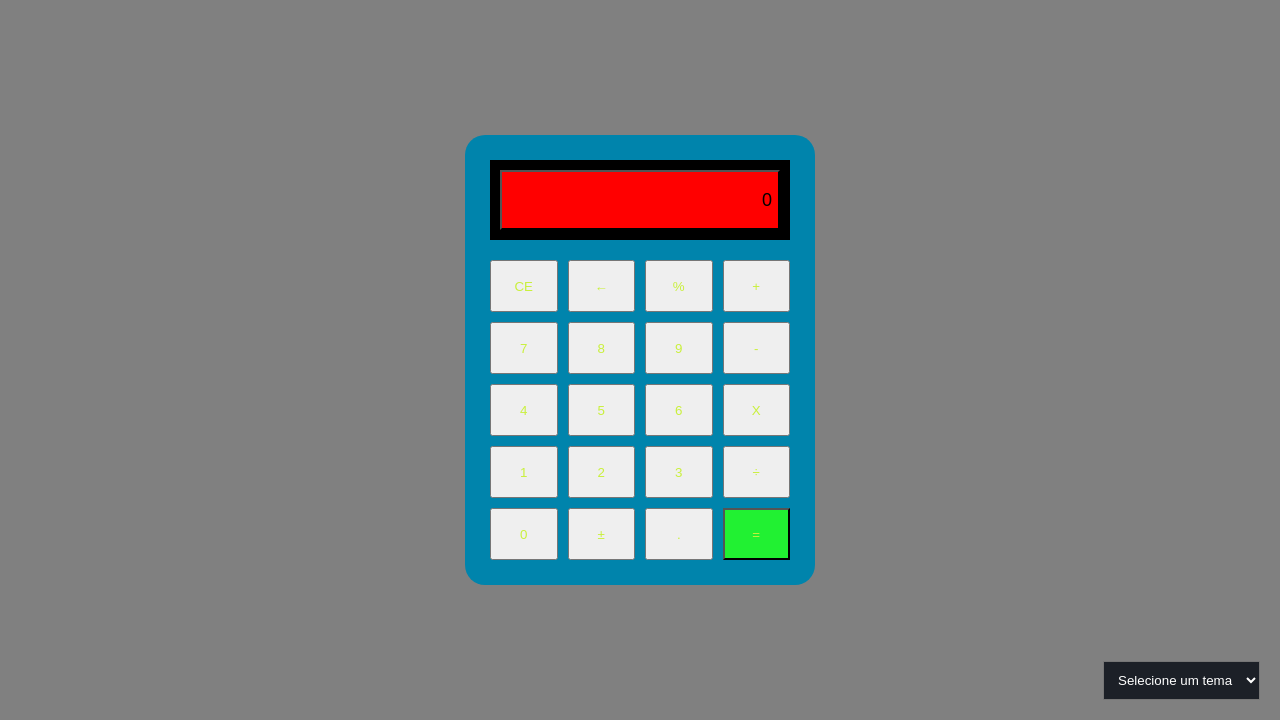
Repository: thislucasme/changing-theme-color-html-css-js
Page: index.html
The author's editor kept a copy of each file at every save. The page is drawn from the files as they stood at one save, then again after the next save.
The browser window is 1280 px wide. The pictures show the whole page.

Above is the page before, as saved 2022-06-29 16:40:52.

### index.html
<!DOCTYPE html>
<html lang="pt_BR">

<head>
    <meta charset="UTF-8">
    <meta http-equiv="X-UA-Compatible" content="IE=edge">
    <meta name="viewport" content="width=device-width, initial-scale=1.0">
    <title>Atividade 22 - Calculadora Javascript</title>
    <link href="css/estilo.css" rel="stylesheet"/>
</head>

<body>
    <div class="calculadora">
        <div class="painel" >
            <div class="operacao" ></div>
            <div class="resultado"></div>
            <button id="resultado"  name="resultado">0</button>
        </div>

        <div class="botoes">
            <button class="botao" id="apagar" onclick="limpar(0)">CE</button>
            <button class="botao" id="apagar" onclick="apagarUltimo()">&#8592;</button>
            <button class="botao" id="porcentagem" onclick="porcentagem()">%</button>
            <button class="botao" id="soma" onclick="verificarSinal('+')">+</button>
            <button class="botao" id="sete" onclick="pegarNumero(7)">7</button>
            <button class="botao" id="oito" onclick="pegarNumero(8)">8</button>
            <button class="botao" id="nove" onclick="pegarNumero(9)">9</button>
            <button class="botao" id="subtrair" onclick="verificarSinal('-')">-</button>
            <button class="botao" id="quatro" onclick="pegarNumero(4)">4</button>
            <button class="botao" id="cinco" onclick="pegarNumero(5)">5</button>
            <button class="botao" id="seis" onclick="pegarNumero(6)">6</button>
            <button class="botao" id="multiplicar" onclick="verificarSinal('x')">X</button>
            <button class="botao" id="um" onclick="pegarNumero(1)">1</button>
            <button class="botao" id="dois" onclick="pegarNumero(2)">2</button>
            <button class="botao" id="3" onclick="pegarNumero(3)">3</button>
            <button class="botao" id="dividir" onclick="verificarSinal('/')">&#247;</button>
            <button class="botao" id="0" onclick="pegarNumero(0)">0</button>
            <button class="botao" id="mais/menos" onclick="mudarSinal()">&#177;</button>
            <button class="botao" id="virgula" onclick="colocarPonto()">.</button>
            <button class="botao" id="igual" onclick="darResultado()">=</button>
        </div>
    </div>
    <select name="tema" id="tema" >
        <option value="tema-padrao">Selecione um tema</option>
        <option value="tema-1">Tema 1</option>
        <option value="tema-2">Tema 2</option>
        <option value="tema-3">Tema 3</option>
        <option value="tema-4">Tema 4</option>
        <option value="tema-5">Tema 5</option>
    </select>
</body>

<script src="js/script.js" ></script>

</html>

### css/estilo.css
body {
    background-color: grey;
}

html {
    margin: 0;
    padding: 0;
    height: 100vh;
    display: flex;
    justify-content: center;
    align-items: center;
}

.tema-padrao {
    --color-secondary: #0084ac;
    --font-color: #c9f03c;
    --visor-color: #000000;
    --visor-interno-color: #9b0e6c;
    --cor-botao-igual: rgb(33, 241, 50);
}

.tema-1 {
    --color-secondary: #fbfbfe;
    --font-color: #c70909;
    --visor-color: #000000;
    --visor-interno-color: #696969;
    --cor-botao-igual: rgb(210, 241, 33);
}

.theme-dark {
    --color-secondary: #243133;
    --font-color: #ffffff;
    --visor-color: #000000;
    --visor-interno-color: #575107;
    --cor-botao-igual: rgb(238, 61, 61);
}

.calculadora {
    width: 300px;
    height: 400px;
    background-color: var(--color-secondary);
    border-radius: 20px;
    padding: 25px;
    display: flex;
    flex-direction: column;

}

#igual {
    background-color: var(--cor-botao-igual);
}

.botao {
    color: var(--font-color);
}


.painel {
    height: 80px;
    width: 100%;
    background-color: var(--visor-color);
    margin-bottom: 20px;
    font-family: 'LCDMono2 Bold', monospace;
    color: rgba(0, 0, 0, 0.6);
    text-shadow: 4px 4px 3px rgb(0 0 0 / 30%);
    padding: 10px;
    box-sizing: border-box;
    text-align: right;
}

#resultado {
    background-color: red;
    height: 60px;
    width: 100%;
    text-align: right;
    font-size: 18px;
}

.botoes {

    display: grid;
    grid-template-columns: repeat(4, 1fr);
    grid-template-rows: repeat(5, 1fr);
    gap: 10px;
    flex: 1;
}

.botoes a {

    background-color: #666;
    text-decoration: none;
    color: black;
    text-align: center;
    font-size: 1.5em;
    display: flex;
    justify-content: center;
    align-items: center;
}

.btn-igual {
    grid-row-start: 4;
    grid-row-end: 6;
    grid-column-start: 4;

}

.btn-c {
    grid-column-start: 1;
    grid-column-end: 3;
}

.btn-0 {
    grid-column-start: 1;
    grid-column-end: 3;
}

#tema {
    background-color: rgb(28, 32, 39);
    color: white;
    padding: 10px;
    position: fixed;
    bottom: 20px;
    right: 20px;
}

#tema>option:hover {
    box-shadow: 0 0 10px 100px #a86218 inset;

}



@font-face {
    font-family: 'LCDMono2 Bold';
    font-style: normal;
    font-weight: normal;
    src: local('LCDMono2 Bold'), url('../fonts/LCDM2B__.woff') format('woff');
}

### js/script.js
const nmrTela = document.getElementById("resultado")
var valoresEspaco = '';
var valores = []
window.addEventListener("keydown", teclado);



function pegarNumero(numero) {
    if (nmrTela.innerHTML == "0") {
        nmrTela.innerHTML = numero
    }
    else {
        nmrTela.innerHTML += `${numero}`
    }
}

function verificarSinal(sinal) {
    if (valores.length <= 1) {
        valoresEspaco = nmrTela.innerHTML.split(' ')
        valores.push(parseFloat(nmrTela.innerHTML))
        nmrTela.innerHTML += ` ${sinal} `
        valores.push(sinal)
    }
}

function porcentagem() {
    var caracteres = nmrTela.innerHTML.split(' ')
    console.log(caracteres.length, caracteres)
    if (caracteres.length == 3) {
        var valorPorCento = parseFloat(caracteres[2]) / 100
        var caracteresValor2 = caracteres[2].split('')
        if (caracteresValor2.length != 0) {
            if (caracteresValor2[caracteresValor2.length - 1] != "%") {
                nmrTela.innerHTML += '%'
            }
            valores.push(valorPorCento)
        }
    }
}

function colocarPonto() {
    var caracteresDaConta = []
    var caracteresValor1 = []
    var caracteresValor2 = []
    caracteresDaConta.push(nmrTela.innerHTML.trim().split(' '))//separa entre valor 1, operação e valor2
    caracteresValor1.push(caracteresDaConta[0][0].split(''))//separa cada caractere do valor 1

    if (caracteresDaConta[0].length == 3) {
        caracteresValor2.push(caracteresDaConta[0][2].split(''))//se exister 3 posições, separa cada caractere do valor 2
        verificarSeExistePonto(caracteresValor2)
    }

    verificarSeExistePonto(caracteresValor1)

    function verificarSeExistePonto(caracteresValor) {
        for (let i in caracteresValor[0]) {
            if (caracteresValor[0][i] == '.') {
                var acumuladora = '.'
            }
        }

        if (!(acumuladora == '.')) {
            nmrTela.innerHTML += '.'
        }
    }
}

function mudarSinal() {
    const caracteresDaConta = nmrTela.innerHTML.trim().split(' ')
    let caracteresValor1 = caracteresDaConta[0].split('')
    let valor1 = ''
    let valor2 = ''

    if (caracteresDaConta.length == 3) {
        var caracteresValor2 = caracteresDaConta[2].split('')

        if (caracteresValor2[0] == '-') {
            caracteresValor2.shift()
            imprimirValor(caracteresValor2, valor2, caracteresDaConta)
        }
        else {
            caracteresValor2.unshift('-')
            imprimirValor(caracteresValor2, valor2, caracteresDaConta);
        }
    }

    if (valores.length == 0) {
        if (caracteresValor1[0] == "-") {
            caracteresValor1.shift()
            imprimirValor(caracteresValor1, valor1)
        }
        else {
            caracteresValor1.unshift('-')
            imprimirValor(caracteresValor1, valor1)
        }
    }

    function imprimirValor(caracteresValor, valorNumero, caracteresConta) {
        caracteresValor.forEach(valor => {
            valorNumero += valor;
        })
        if (caracteresConta != undefined) {
            nmrTela.innerHTML = `${caracteresConta[0]} ${caracteresConta[1]} ${valorNumero}`
        }
        else {
            nmrTela.innerHTML = valorNumero
        }
    }
}

function darResultado() {
    var resultado = 0
    var operacao = valores[1]
    if (operacao == '-') {
        tratarResultado('-')
    }
    else if (operacao == '+') {
        tratarResultado('+')
    }
    else if (operacao == 'x') {
        tratarResultado('*')
    }
    else if (operacao == '/') {
        tratarResultado('/')
    }
    valores.splice(0, 3)

    function tratarResultado(operacao) {
        valoresEspaco = nmrTela.innerHTML.split(' ')
        valores.push(valoresEspaco[2])
        switch (operacao) {
            case '-':
                resultado = parseFloat(valores[0]) - parseFloat(valores[2])
                limpar(resultado)
                break;
            case '+':
                resultado = parseFloat(valores[0]) + parseFloat(valores[2])
                limpar(resultado)
                break;
            case '*':
                resultado = parseFloat(valores[0]) * parseFloat(valores[2])
                limpar(resultado)
                break;
            case '/':
                resultado = parseFloat(valores[0]) / parseFloat(valores[2])
                limpar(resultado)
                break;
        }
    }
}

function limpar(valor) {
    valores.splice(0, 3)
    nmrTela.innerHTML = valor
}

function apagarUltimo() {
    var caracteres = nmrTela.innerHTML.trim().split('')
    var arrayCaracteresTela = ""
    caracteres.pop()
    for (let i in caracteres) { arrayCaracteresTela += caracteres[i] }
    if ((arrayCaracteresTela == []) || (arrayCaracteresTela == '-')) {
        nmrTela.innerHTML = 0
    }
    else {
        nmrTela.innerHTML = arrayCaracteresTela
    }

    if (caracteres.length == 0) {
        valores.pop()
        valores.pop()
    }
}

function teclado() {
    const numbers = '0123456789'
    const operadores = '+-/x'
    var tecla = event.key
    if (numbers.includes(tecla)) {
        pegarNumero(tecla)
    }
    else if (operadores.includes(tecla)) {
        verificarSinal(tecla)
    }
    else switch (tecla) {
        case '*':
            verificarSinal('x')
            break;
        case '%':
            porcentagem()
            break;
        case '.':
        case ',':
            colocarPonto();
            break;
        case '=':
        case 'Enter':
            darResultado();
            break;
        case 'Backspace':
            apagarUltimo()
            break;
        case 'Escape':
            limpar(0);
            break;
    }
}

const options = document.getElementById("tema");

//definir o tema padrão
document.documentElement.className = "tema-padrao";

options.addEventListener("change", function () {
    if (options.value) {
        if (options.value === "tema-1") {
            document.documentElement.className = options.value;
        }
        if (options.value === "tema-2") {
            document.documentElement.className = options.value;
        }
        if (options.value === "tema-3") {
            console.log("tema 3")
        }
        if (options.value === "tema-4") {
            console.log("tema 4")
        }
    }
});

After the next save:
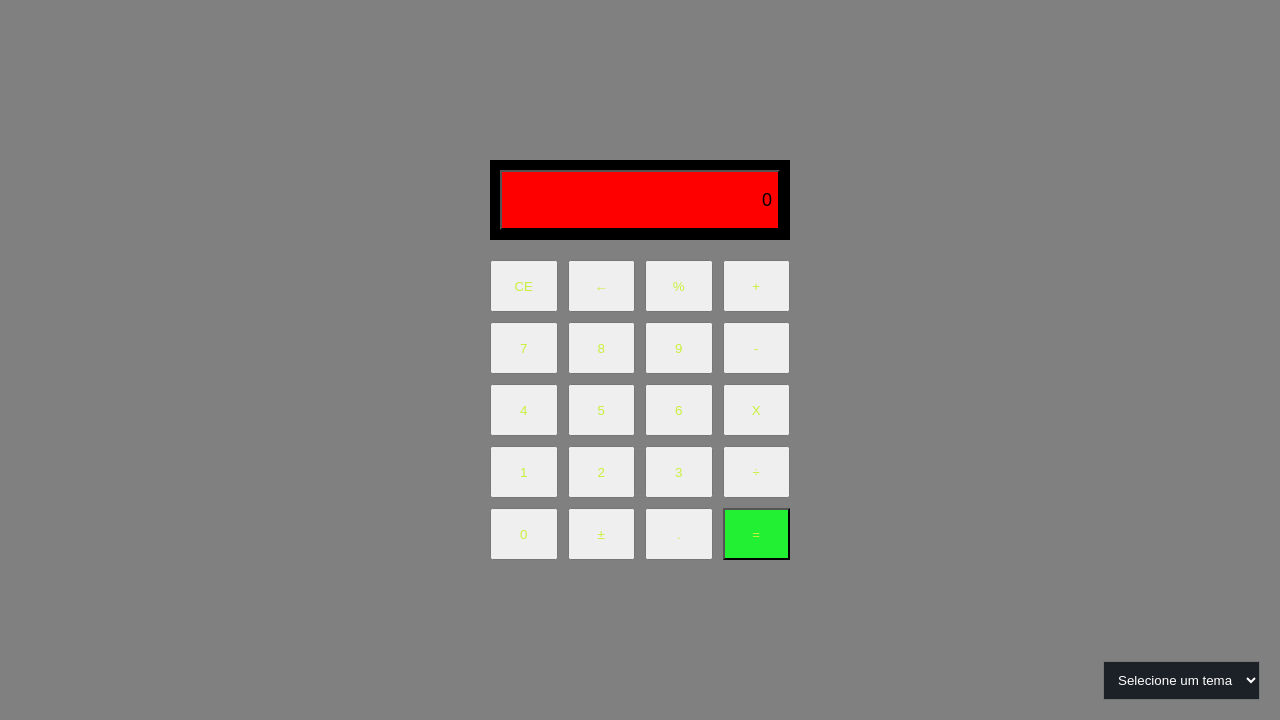
Saved 74 s later.
--- a/css/estilo.css
+++ b/css/estilo.css
@@ -12,15 +12,16 @@
 }
 
 .tema-padrao {
-    --color-secondary: #0084ac;
+    --background-color: #0084ac;
     --font-color: #c9f03c;
     --visor-color: #000000;
     --visor-interno-color: #9b0e6c;
     --cor-botao-igual: rgb(33, 241, 50);
+
 }
 
 .tema-1 {
-    --color-secondary: #fbfbfe;
+    --background-color: : #fbfbfe;
     --font-color: #c70909;
     --visor-color: #000000;
     --visor-interno-color: #696969;
@@ -28,7 +29,7 @@
 }
 
 .theme-dark {
-    --color-secondary: #243133;
+    --background-color: #243133;
     --font-color: #ffffff;
     --visor-color: #000000;
     --visor-interno-color: #575107;

After the save that followed:
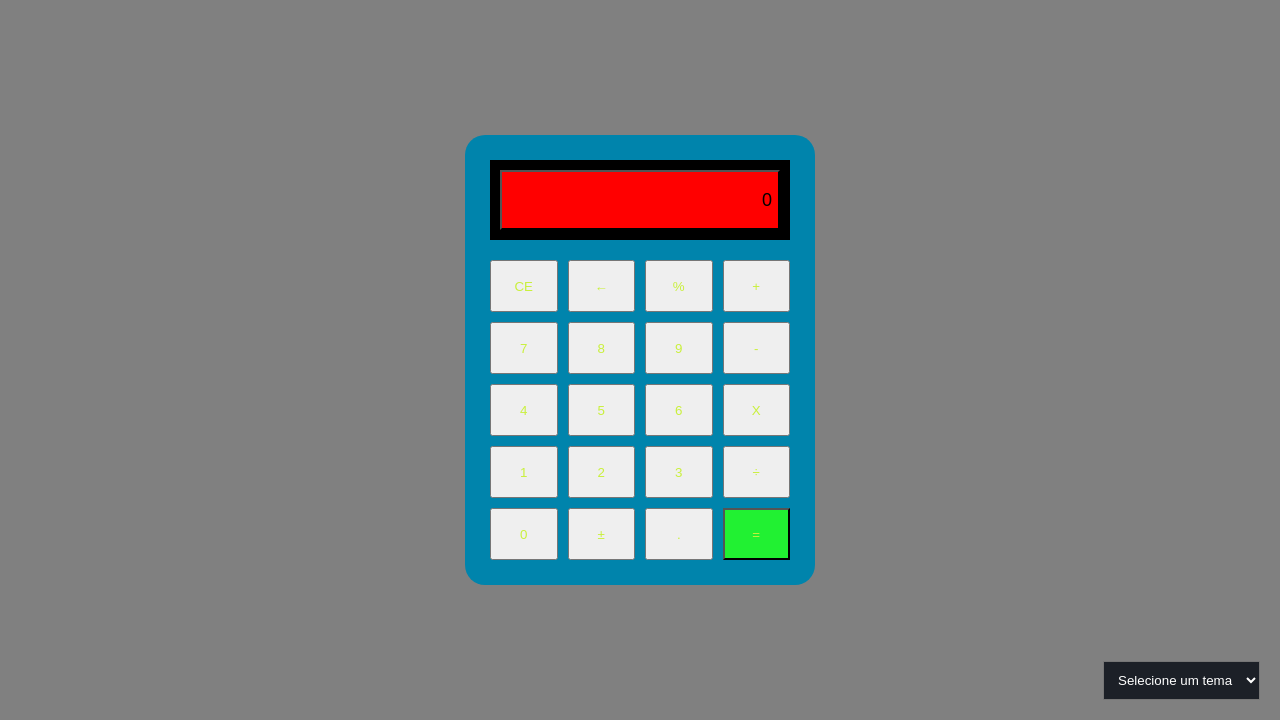
Saved 10 s later.
--- a/css/estilo.css
+++ b/css/estilo.css
@@ -39,7 +39,7 @@
 .calculadora {
     width: 300px;
     height: 400px;
-    background-color: var(--color-secondary);
+    background-color: var(--background-color);
     border-radius: 20px;
     padding: 25px;
     display: flex;
